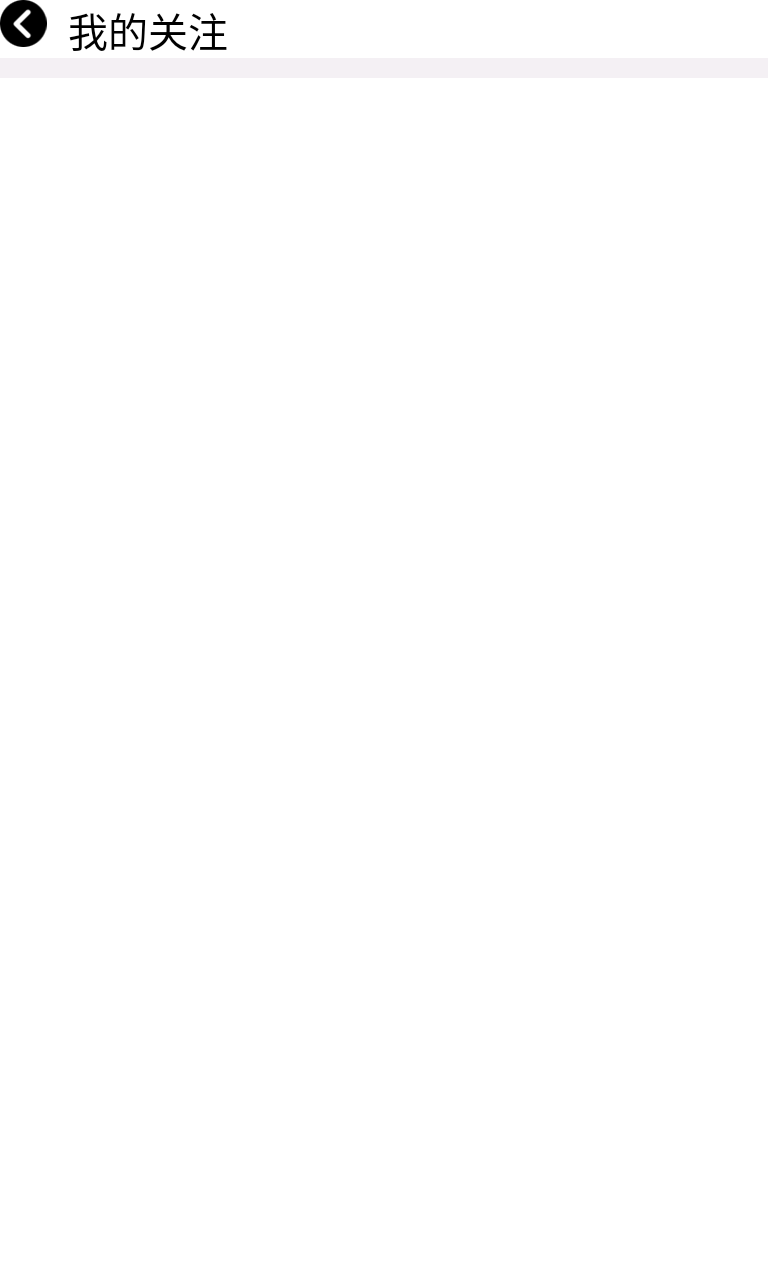
Repository: Lei13/Android
Layout: jsonPrictice/res/layout/activity_main.xml
An editor plug-in stored every save of this project. The layout is shown before and after the next save, followed by the edit.
It is drawn on a 768 x 1280 px phone screen (xhdpi) without system bars, with theme AppTheme; the app's code is not run. Lists and similar views that code fills are empty.

Above is the layout before, as saved 2015-11-20 11:30:11.

### jsonPrictice/res/layout/activity_main.xml
<RelativeLayout xmlns:android="http://schemas.android.com/apk/res/android"
    xmlns:tools="http://schemas.android.com/tools"
    android:layout_width="match_parent"
    android:layout_height="match_parent" >

    <ImageView
        android:id="@+id/back_img"
        android:layout_width="wrap_content"
        android:layout_height="wrap_content"
        android:scaleType="center"
        android:src="@drawable/btn_back" />
    <TextView
        android:layout_width="wrap_content"
        android:layout_height="wrap_content"
        android:text="@string/mycare"
        android:layout_marginLeft="10dp"
        android:textSize="20sp"
        android:gravity="center_vertical"
        android:layout_toRightOf="@id/back_img"
        android:textColor="@android:color/black"/>

    <ListView
        android:id="@+id/list"
        android:layout_marginTop="5dp"
        android:layout_below="@id/back_img"
        android:layout_width="match_parent"
        android:layout_height="wrap_content"
        android:background="#F4F0F4"
        android:dividerHeight="5dp"
        android:padding="5dp" />

</RelativeLayout>

### jsonPrictice/res/values/strings.xml
<?xml version="1.0" encoding="utf-8"?>
<resources>

    <string name="app_name">jsonPrictice</string>
    <string name="hello_world">Hello world!</string>
    <string name="mycare">我的关注</string>

</resources>

Loaded but not shown: jsonPrictice/res/values/styles.xml (common file); jsonPrictice/res/values-v11/styles.xml (common file); jsonPrictice/res/values-v14/styles.xml (common file)

After the next save:
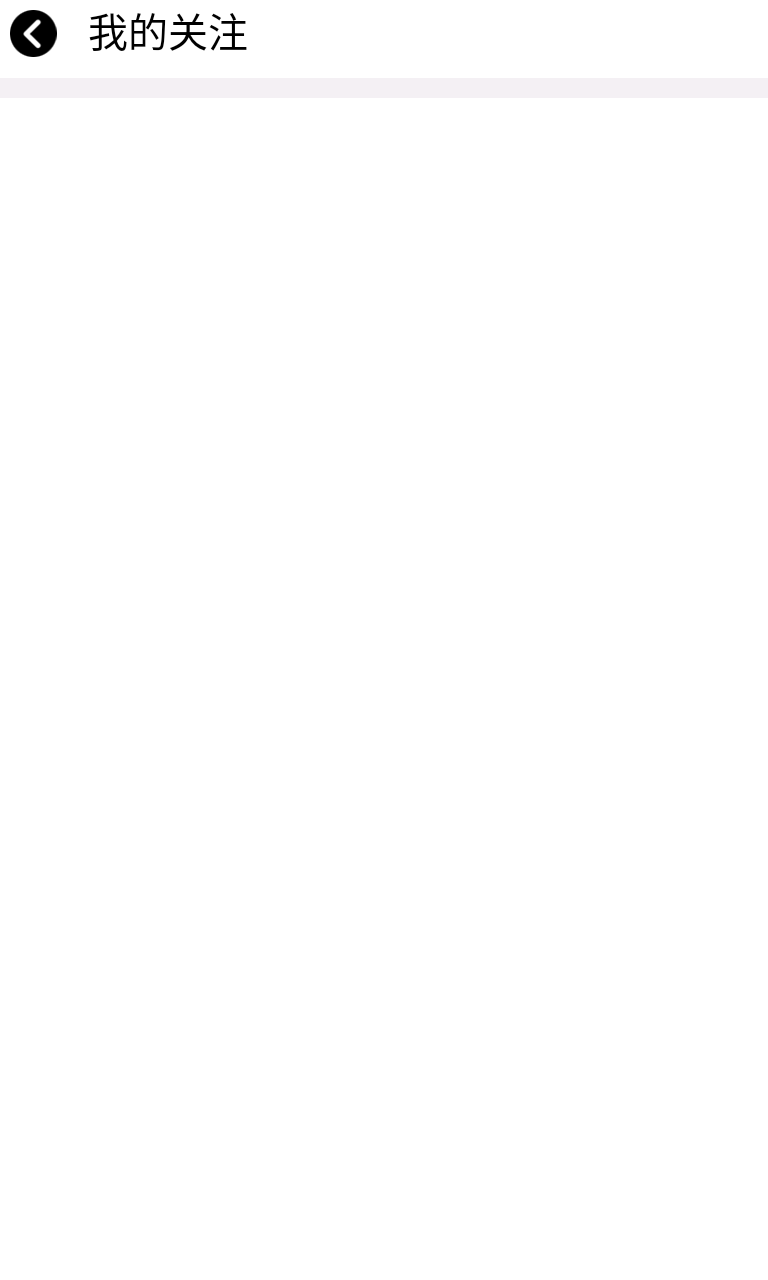
Saved 30 s later.
--- a/jsonPrictice/res/layout/activity_main.xml
+++ b/jsonPrictice/res/layout/activity_main.xml
@@ -8,6 +8,7 @@
         android:layout_width="wrap_content"
         android:layout_height="wrap_content"
         android:scaleType="center"
+        android:padding="5dp"
         android:src="@drawable/btn_back" />
     <TextView
         android:layout_width="wrap_content"
